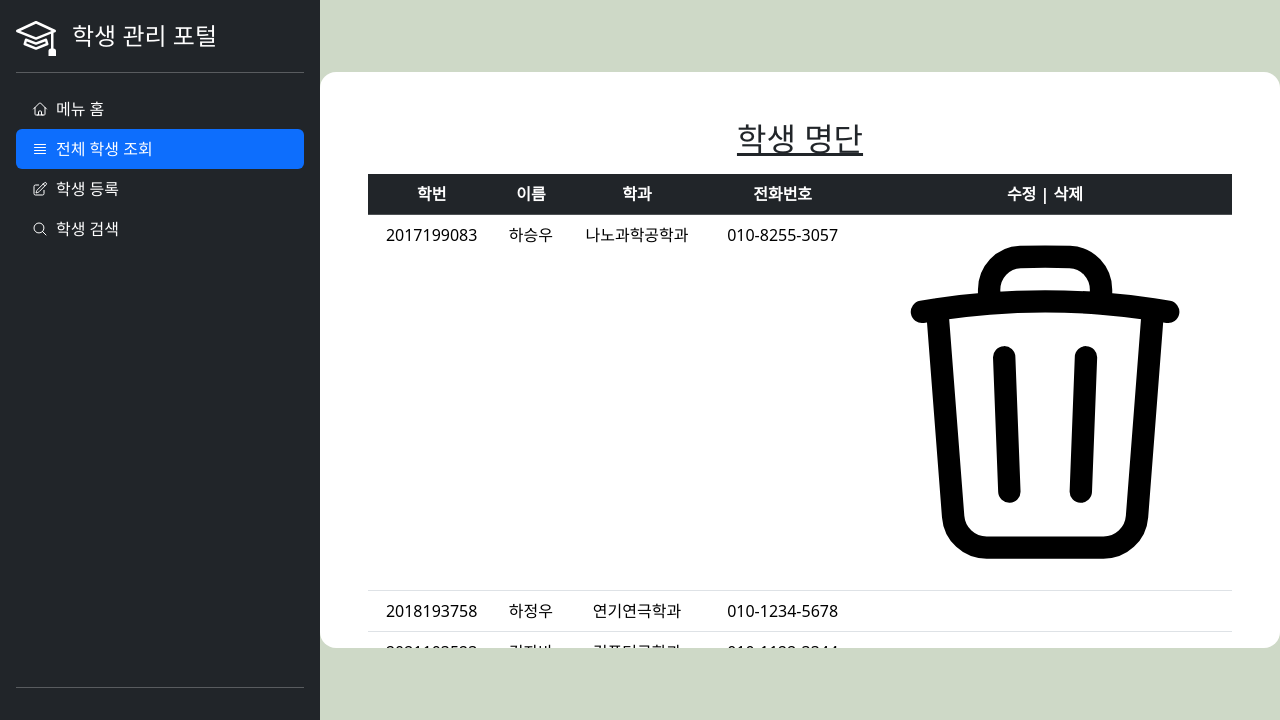
Repository: invisibleufo101/StudentManagementWeb
Page: HSW_Web/src/main/webapp/browse_students.html
The author's editor kept a copy of each file at every save. The page is drawn from the files as they stood at one save, then again after the next save.
The browser window is 1280 px wide. The pictures show the whole page.
An inner scrolling area shows only its first screen.

Above is the page before, as saved 2024-09-19 12:43:59.

After the next save:
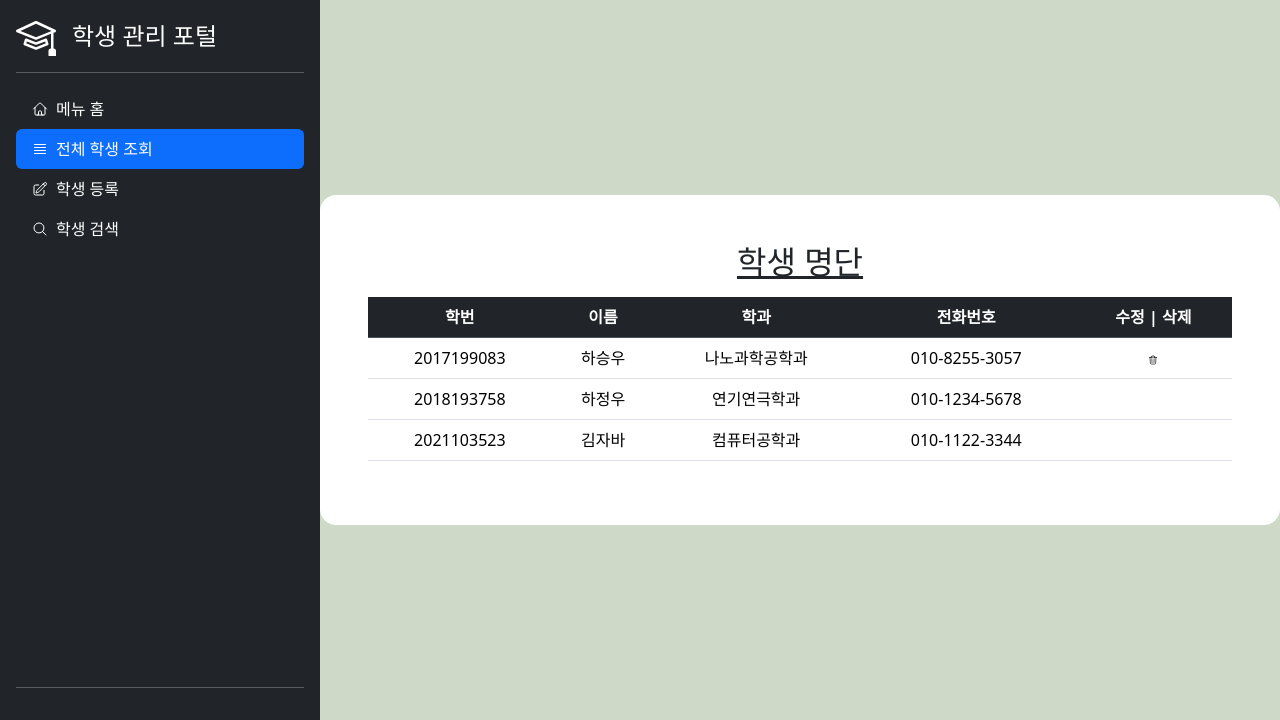
Saved 7 s later.
--- a/HSW_Web/src/main/webapp/browse_students.html
+++ b/HSW_Web/src/main/webapp/browse_students.html
@@ -87,7 +87,7 @@
 							<td>나노과학공학과</td>
 							<td>010-8255-3057</td>
 							<td>
-								<svg xmlns="http://www.w3.org/2000/svg" fill="none" viewBox="0 0 24 24" stroke-width="1.5" stroke="currentColor" width="" height="">
+								<svg xmlns="http://www.w3.org/2000/svg" fill="none" viewBox="0 0 24 24" stroke-width="1.5" stroke="currentColor" width="10" height="10">
   									<path stroke-linecap="round" stroke-linejoin="round" d="m14.74 9-.346 9m-4.788 0L9.26 9m9.968-3.21c.342.052.682.107 1.022.166m-1.022-.165L18.16 19.673a2.25 2.25 0 0 1-2.244 2.077H8.084a2.25 2.25 0 0 1-2.244-2.077L4.772 5.79m14.456 0a48.108 48.108 0 0 0-3.478-.397m-12 .562c.34-.059.68-.114 1.022-.165m0 0a48.11 48.11 0 0 1 3.478-.397m7.5 0v-.916c0-1.18-.91-2.164-2.09-2.201a51.964 51.964 0 0 0-3.32 0c-1.18.037-2.09 1.022-2.09 2.201v.916m7.5 0a48.667 48.667 0 0 0-7.5 0" />
 								</svg>
 
